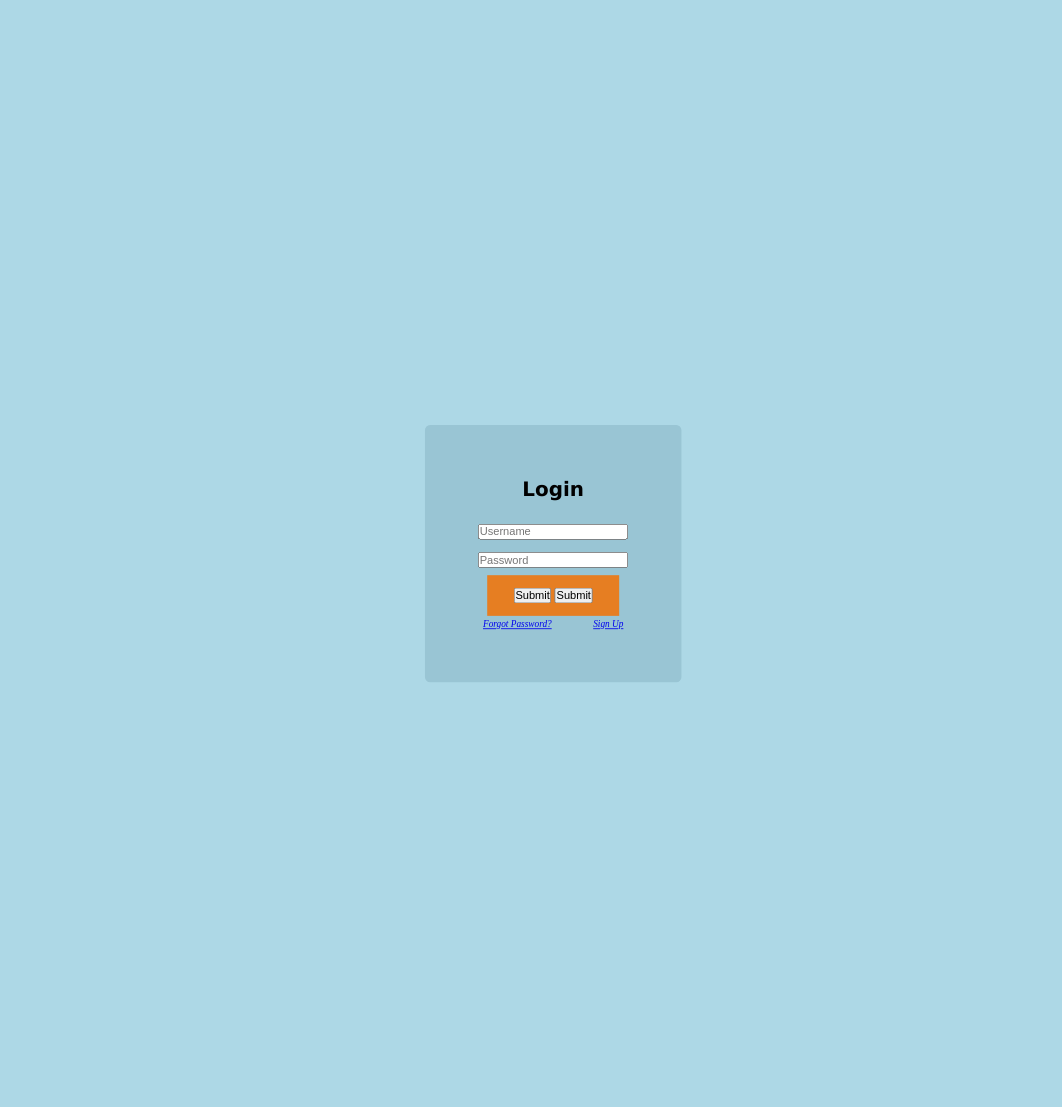
Repository: busra-kayaa/LoginPage
Page: login.html
These files come from the project's save history. The page is drawn as it stood at one moment and after the next save; the edit follows.
The browser window is 1280 px wide. The pictures show the whole page, at 83% of full size.

Above is the page before, as saved 2023-12-29 10:48:15.

### login.html
<!DOCTYPE html>
<html>
    <head>
        <title>Login Page</title>
        <link rel="stylesheet" href="./style.css" type="text/css"/>
    </head>
    <body>
        <div class="login-from-container">
          <div class ="login-text"><h2>Login</h2></div>
            <div class="input-group1">
                <i class="fa fa-user"></i>
                <input
                    type="text"
                    placeholder="Username"
                    class="input-text"
                    autocomplete="off"
                />
            </div>
            <div class="input-group2">
                <i class="fa fa-unclok-alt"></i>
                <input
                    type="password"
                    placeholder="Password"
                    class="input-text"
                    autocomplete="off"
                />
            </div>
            <div class="subgroup">
                <div class="button-group" id="login-button">
                    <button onclick="alert('Bilgileriniz Başarıyla Alınmıştır.')">Submit</button>
                    <input type="submit" value="Submit">
                </div>
                <div class="footer">
                    <a href="#" target="_blank">Forgot Password? </a>
                    <a href="#" target="_blank">Sign Up</a>
                </div>
            </div>
        </div>
    </body>
</html>

### style.css

*{
    padding: 0px;
    margin: 0px;
}
body {
    background-color: lightblue;
    display: flex;
    flex-direction: row;
    align-items: center;
    font-size: 100%;

}

.login-from-container {
    background-color: rgb(153, 197, 212);

    flex-direction: column;
    justify-content: center;
    align-items: center;
    text-align: center;
    border-radius: 2%;
    display: flex;
    margin: 40%;
    padding: 5%;
}

.login-text {
    font-family: 'Lucida Sans', 'Lucida Sans Regular', 'Lucida Grande', 'Lucida Sans Unicode', Geneva, Verdana, sans-serif;
    font-size: 100%;
    padding-bottom: 10%;
}

.input-group1 {
    margin-top: 5%;
    margin-bottom: 3%;
}

.input-group2 {
    margin-bottom: 3%;
    margin-top: 5%;
}

.button-group {
    background-color: #e67e22;
    border: none;
    color: white;
    padding: 15px 32px;
    text-align: center;
    text-decoration: none;
    display: inline-block;
    font-size: 16px;
    margin: 4px 2px;
    cursor: pointer;
}
.subgroup {
}
.footer {
    display: flex;
    flex-direction: raw;
    gap: 50px;
    font-size: 70%;
    font-style: italic;
}

After the next save:
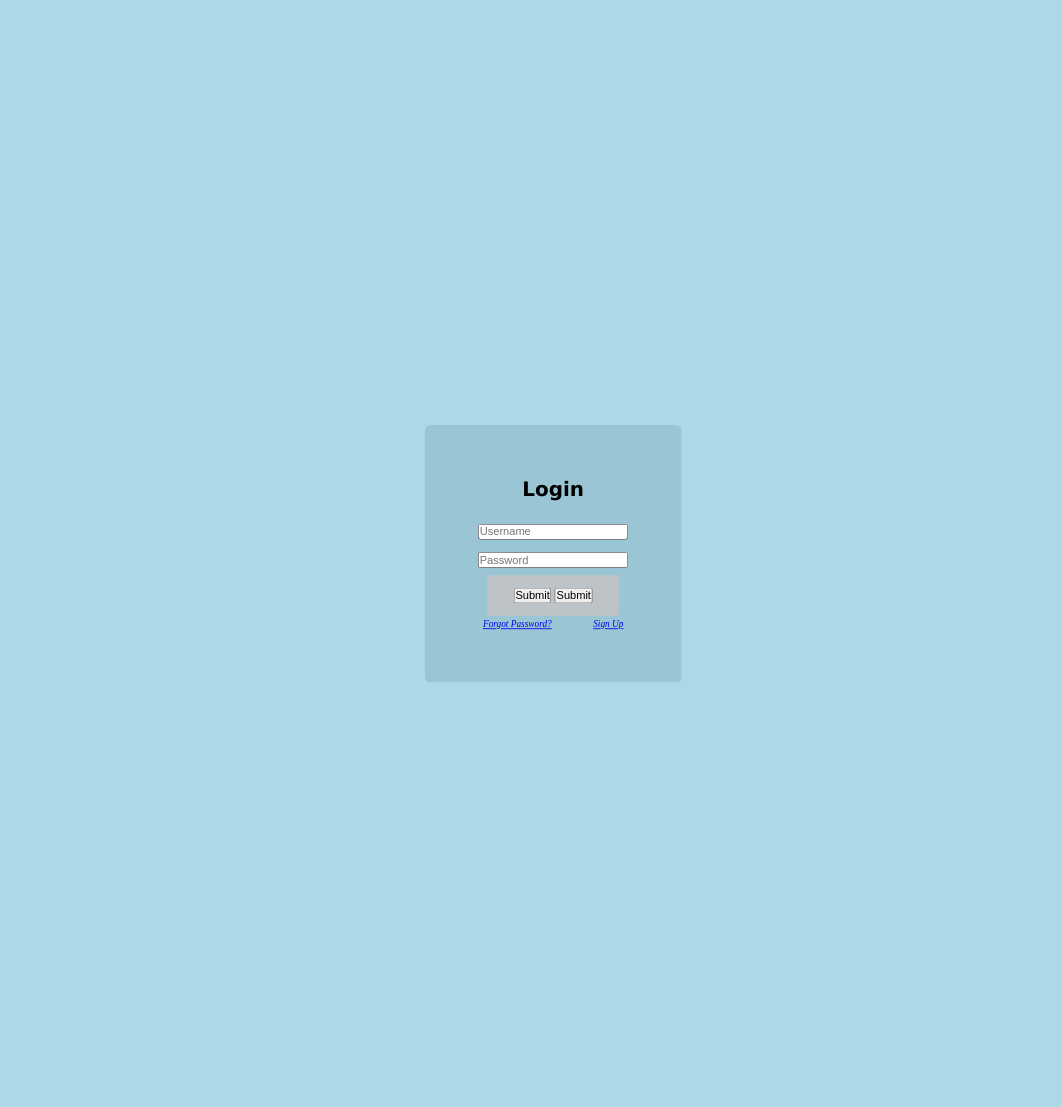
Saved 95 s later.
--- a/style.css
+++ b/style.css
@@ -42,9 +42,9 @@ body {
 }
 
 .button-group {
-    background-color: #e67e22;
+    background-color:#bdc3c7;
+    color: black ;
     border: none;
-    color: white;
     padding: 15px 32px;
     text-align: center;
     text-decoration: none;
